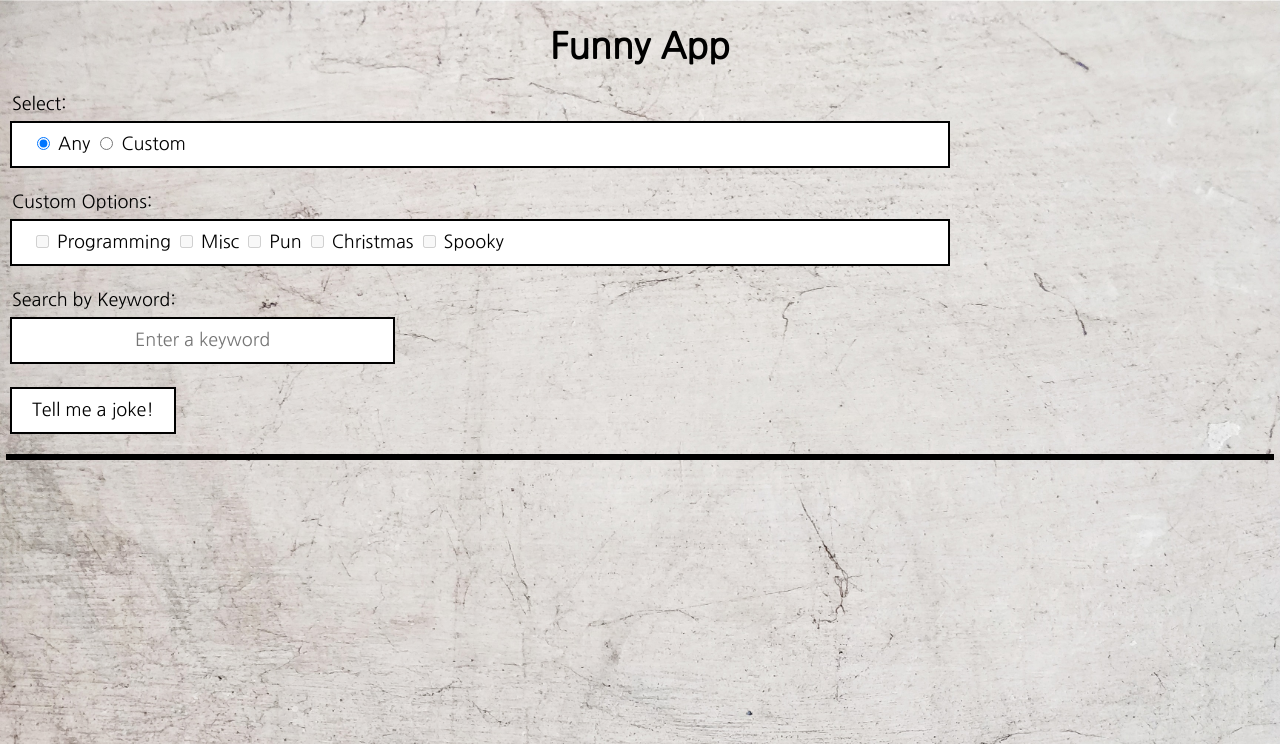
Repository: kaitlynMidori/dadJokeApi
Page: index.html
An editor plug-in stored every save of this project. The page is shown before and after the next save, followed by the edit.
The browser window is 1280 px wide. The pictures show the whole page.
Some web libraries are served in a nearby version.

Above is the page before, as saved 2021-01-08 12:46:03.

### index.html
<!DOCTYPE html>
<html lang="en">
<head>
    <meta charset="UTF-8">
    <meta name="viewport" content="width=device-width, initial-scale=1.0">
    <title>Joke App</title>
    <link href="style.css" rel="stylesheet" type="text/css" />
    <link rel="preconnect" href="https://fonts.gstatic.com">
    <link href="https://fonts.googleapis.com/css2?family=Nanum+Gothic&display=swap" rel="stylesheet">

</head>
<body>
    <div id="container">
        <header>
            <h1>Funny App</h1>
        </header>

        <legend>Select:</legend>
        <fieldset id="select">
                <div id="form-check">
                    <input type="radio"  id="any" name="type" value="Any" checked>
                    <label for="any">Any</label>

                    <input type="radio"  id="custom" name="type" value="Custom">
                    <label for="custom">Custom</label>
                </div>
        </fieldset>

        <br>

        <legend>Custom Options:</legend>
        <fieldset id="options" disabled>
                <div id="form-check form-check-inline">
                    <input type="checkbox" id="coding" name="category" value="Programming">
                    <label for="coding">Programming</label>

                    <input type="checkbox" id="misc" name="category" value="Miscellaneous">
                    <label for="misc">Misc</label>

                    <input type="checkbox" id="pun" name="category" value="Pun">
                    <label for="pun">Pun</label>

                    <input type="checkbox" id="chris" name="category" value="Christmas">
                    <label for="chris">Christmas</label>

                    <!-- <input type="checkbox" id="dark" name="category" value="dark">
                    <label for="dark">Dark</label> -->

                    <input type="checkbox" id="spooky" name="category" value="spooky">
                    <label for="spooky">Spooky</label>
                </div>
        </fieldset>


        <br>

            <form>
                <legend>Search by Keyword:</legend>
                <input type="form-control" placeholder="Enter a keyword" id="keyword">
            </form>

            <br>

            <button type="submit" id="submit button">Tell me a joke!</button>

            <section id="results" placeholder= "Results">
                <div id="result"></div>
            </section>
    </div>

    <script src="https://code.jquery.com/jquery-3.2.1.min.js"
          integrity="sha256-hwg4gsxgFZhOsEEamdOYGBf13FyQuiTwlAQgxVSNgt4="
          crossorigin="anonymous"></script>
    <script src="app.js"></script>
</body>
</html>

### style.css
body{
    margin: 0;
    background: cover;
    background-size: cover;
    background-repeat: no-repeat;
    background-image: url("screenshots/white-teal backdrop.jpg");
    /* background-image: linear-gradient(120deg, #a1c4fd 0%, #c2e9fb 100%); */
    min-height: 100vh;
    font-size: 18px;
}

* {
    font-family: 'Nanum Gothic', sans-serif;
    color: black;
}

header {
    width: 100%;
    margin-top: 5px;
    justify-content: center;
}

h1 {
    text-align: center;
}

button{
    background-color: white;
    border-style: solid;
    border-color: black;
    margin-left: 10px;
    height: auto;
    font-size: 18px;
    font-weight: 500;
    text-align: center;
    color: black;
    cursor: pointer;
    margin-bottom: 0;
    /* border-radius: 3px; */
    padding: 10px 20px;
}

#keyword {
    border-style: solid;
    border-color: black;
    margin-left: 10px;
    height: auto;
    font-size: 18px;
    font-weight: 500;
    text-align: center;
    color: black;
    cursor: pointer;
    margin-bottom: 0;
    /* border-radius: 3px; */
    padding: 10px 20px;
}

#options{
    background-color: white;
    border-style: solid;
    border-color: black;
    margin-left: 10px;
    width: 70%;
    padding: 10px 20px;
    font-size: 18px;
}

#select {
    background-color: white;
    border-style: solid;
    border-color: black;
    margin-left: 10px;
    width: 70%;
    padding: 10px 20px;
    font-size: 18px;
}

legend {
    margin-left: 10px;
    margin-bottom: 5px;
}

#result {
    margin-left: 10px;
}

#results {
    background-color: white;
    border-style: solid;
    border-color: black;
    margin-top: 20px;
    margin-left: 6px;
    margin-right: 6px;
}

### app.js
//declare 'option', 'custom', 'any' element id's
let option = document.getElementById("options");
let custom = document.getElementById("custom");
let any = document.getElementById("any");

//add event listener on click
//if 'any' option checked
//disable options
any.addEventListener("click", (e)=>{
    if(e.target.checked){
        option.disabled = true;
    }
});

//add event listener on click
//if 'custom' option checked
//enable options
custom.addEventListener("click", (e)=>{
    if(e.target.checked){
        option.disabled = false;
    }
});

//declare asyncrynous getJoke
const getJoke = async () => {
    //declare result  = HTML div 'result' element id
    let result = document.getElementById('result');
    //replace result element with empty string
    result.innerHTML = "";
    //declare checkboxes= filter category checkboxes for checked
    let checkboxes = [...document.getElementsByName('category')].filter((checkbox)=>checkbox.checked);
    //declare category as empty string
    let category = "";
    //if 'any' type is checked
    if(any.checked){
        //category = 'any'
        category = "Any";
    }
    //if 'custom' type is checked
    if(custom.checked){
        //category = map to join checked category values
        category = checkboxes.map((c)=>c.value).join();
    }
    //console.log user selected joke category
    console.log(category);
    //declare url = dynamically generate url inserting user selected category
    let url = `https://v2.jokeapi.dev/joke/${category}`;
    // declare keyword = HTML form div 'keyword' element id
    let keyword = document.getElementById("keyword").value;
    //if keyword does not equal empty; dynamically generate url with user keyword input
    if(keyword != ""){
        url = `https://v2.jokeapi.dev/joke/${category}?contains=${keyword}`;
    }
    console.log(url);
    const response = await fetch(url);
    const data = await response.json();
    console.log(data);

    //if JSON data response = API doc response 'single'
    if(data.type == "single"){
        //insert API doc 'joke' into response element
        result.innerHTML = `<h3>${data.joke}</h3>`;
    }
    //if JSON data response = API doc response 'twopart'
    if(data.type == "twopart"){
        //insert API doc 'setup' into response element
        result.innerHTML = `<h3>${data.setup}</h3>`;
        //display 'delivery' after 1 second
        setTimeout(()=>{
            //insert API doc 'delivery' into response element
            result.innerHTML += `<h3>${data.delivery}</h3>`;
        },1000);
    }
}

//declare submit = HTML button 'submit button'
let submit = document.getElementById('submit button');
//upon 'submit', add event listener for 'click and activate 'getJoke'
submit.addEventListener("click", getJoke);

After the next save:
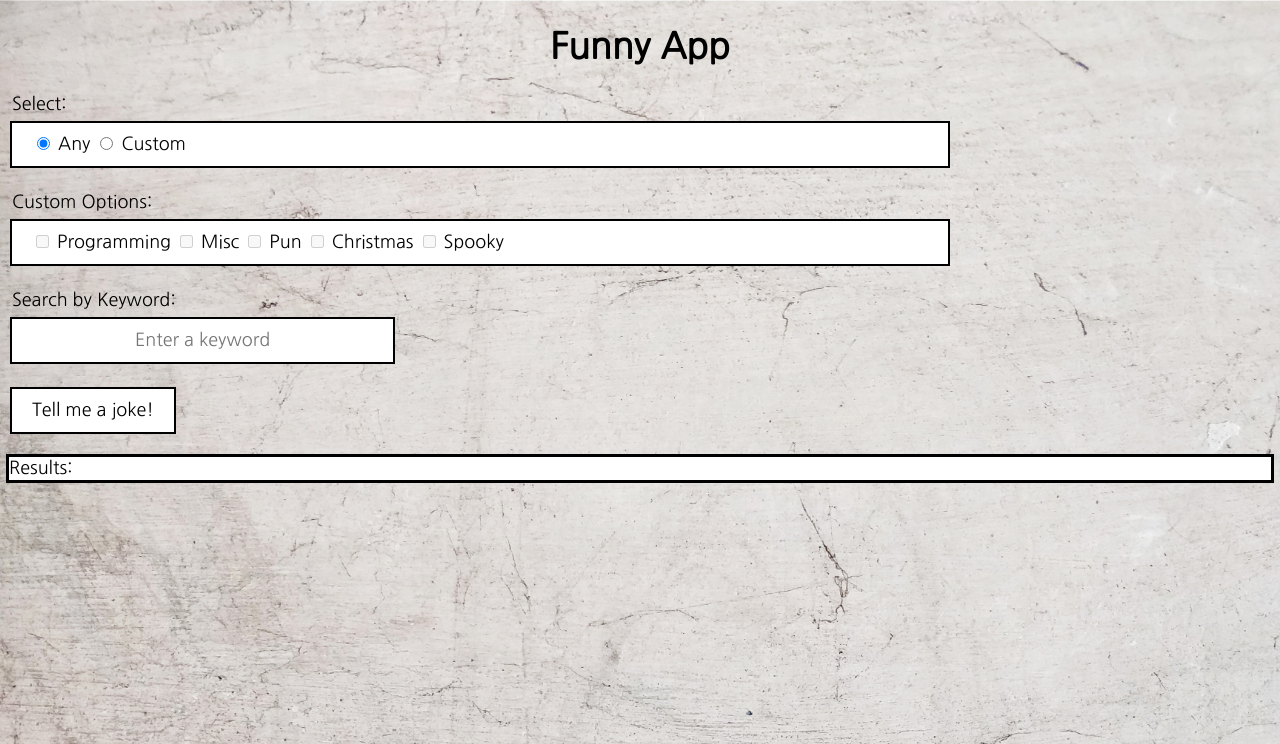
Saved 30 s later.
--- a/index.html
+++ b/index.html
@@ -63,7 +63,8 @@
 
             <button type="submit" id="submit button">Tell me a joke!</button>
 
-            <section id="results" placeholder= "Results">
+            <section id="results">
+                <article> Results:</article>
                 <div id="result"></div>
             </section>
     </div>
